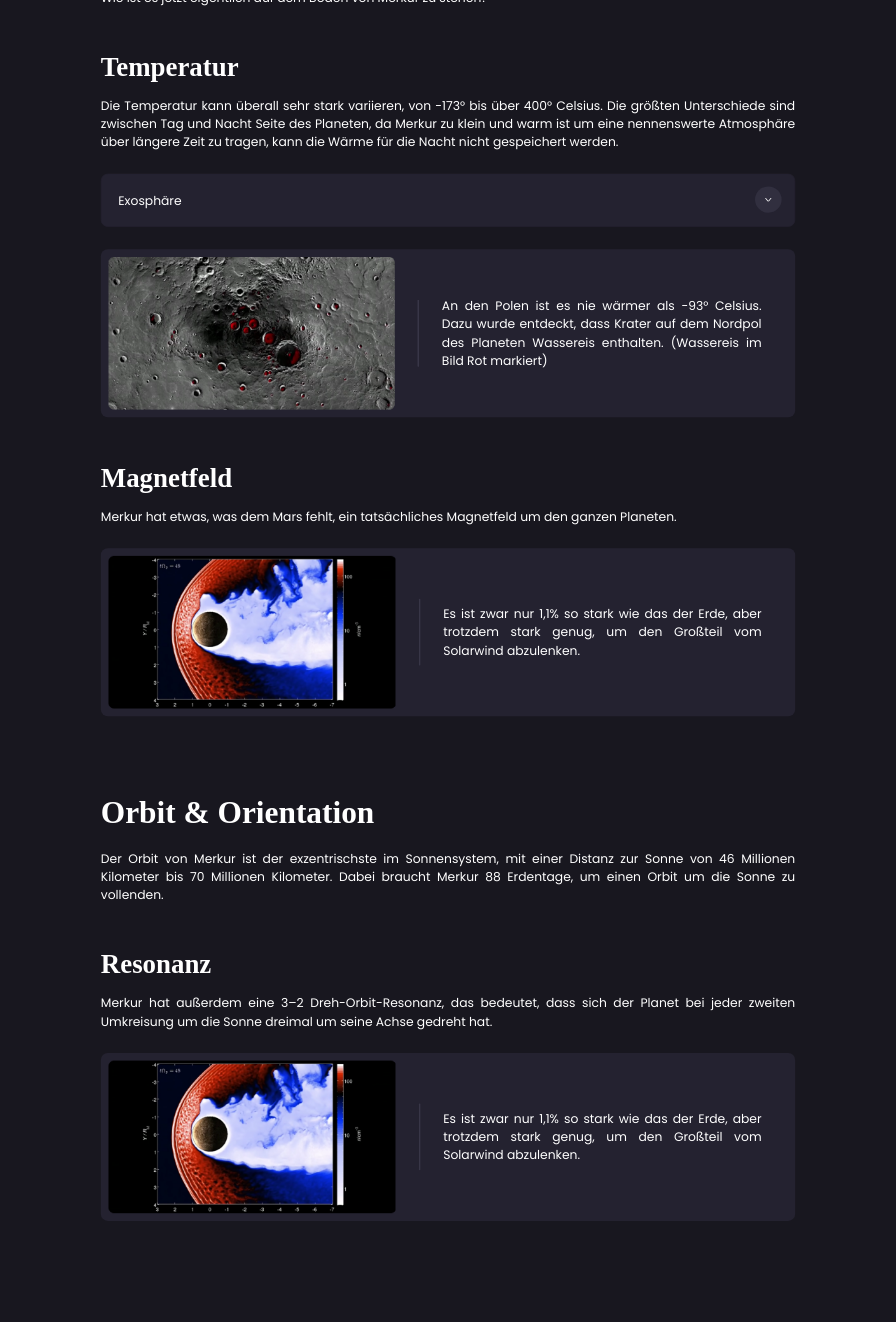
Repository: moreno-livak/solar
Page: dist/html/merkur.html
The author's editor kept a copy of each file at every save. The page is drawn from the files as they stood at one save, then again after the next save.
The browser window is 1280 px wide. The pictures show the part of the page from y = 2543 to 4463 px (the page is 4431 px tall before and 4463 px after), at 70% of full size.
The style sheet was rebuilt from its Sass, Less or Tailwind sources for each picture, by a compiler version that may differ from the author's.

Above is the page before, as saved 2022-05-07 13:50:15.

After the next save:
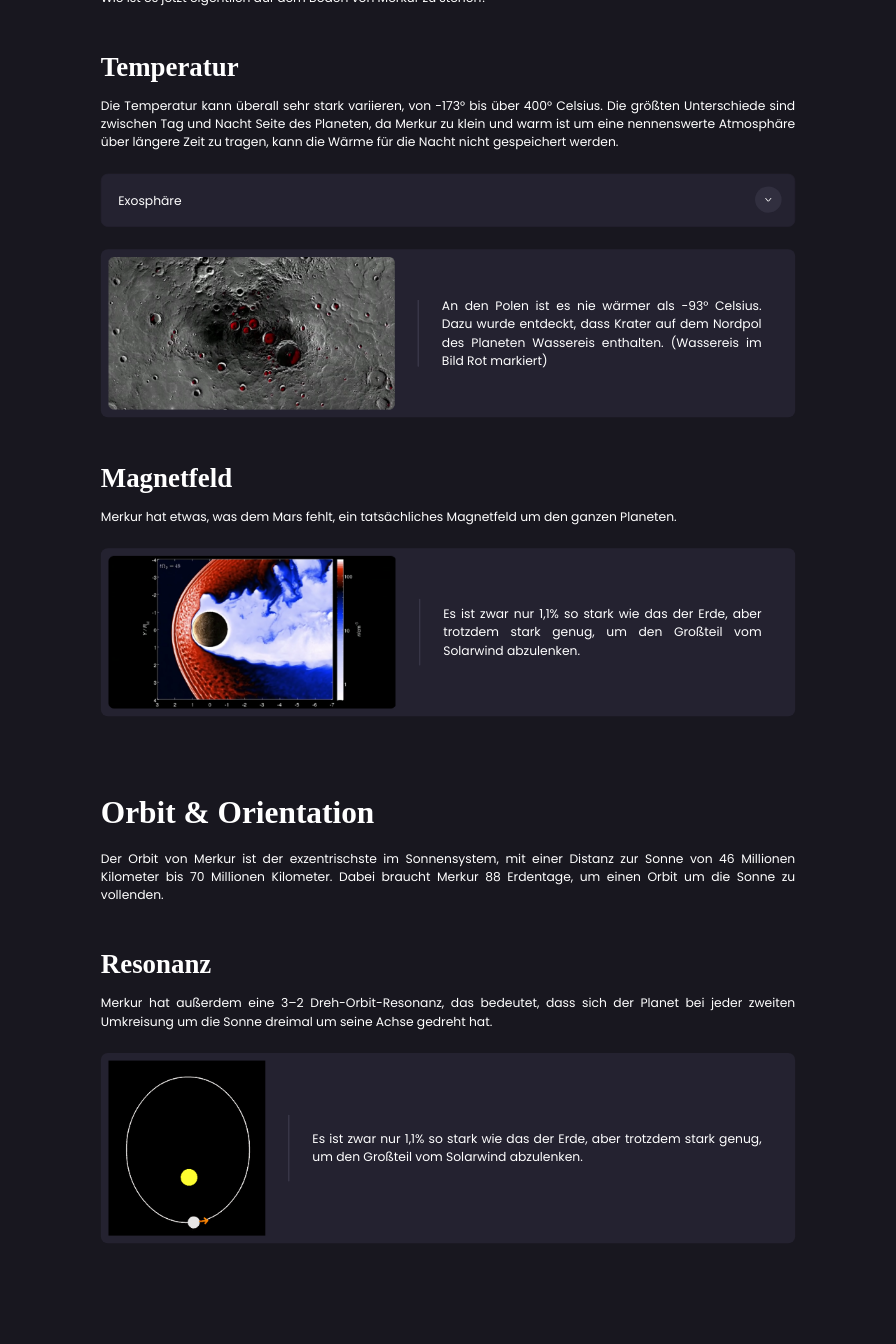
Saved 15 s later.
--- a/dist/html/merkur.html
+++ b/dist/html/merkur.html
@@ -205,7 +205,7 @@
       um die Sonne dreimal um seine Achse gedreht hat.</p>
 
     <div class="content">
-      <img src="../assets/Merkur/Magnetfeld.png" alt="Merkur Magnetfeld">
+      <img src="../assets/Merkur/Mercury-Orbit.gif" alt="Merkur Orbit GIF">
       <div class="vl"></div>
       <p>Es ist zwar nur 1,1% so stark wie das der Erde, aber trotzdem
         stark genug, um den Großteil vom Solarwind abzulenken.</p>
